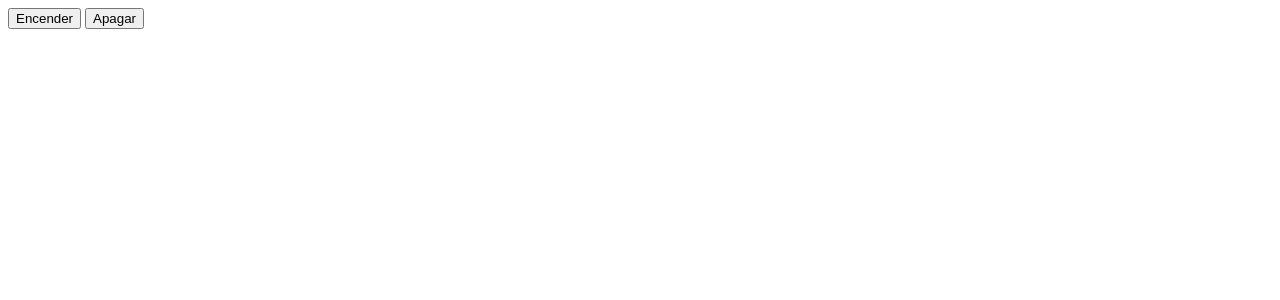
Repository: isacleibe/IoT-FA-TrabajoFinal
Page: pfinal/src/main/webapp/configuracion.html
An editor plug-in stored every save of this project. The page is shown before and after the next save, followed by the edit.
The browser window is 1280 px wide. The pictures show the whole page.

Above is the page before, as saved 2018-11-07 19:13:40.

After the next save:
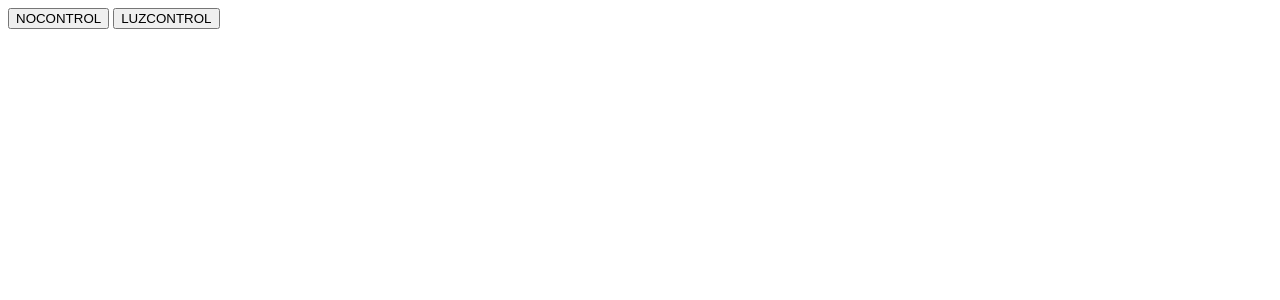
Saved 4 min 18 s later.
--- a/pfinal/src/main/webapp/configuracion.html
+++ b/pfinal/src/main/webapp/configuracion.html
@@ -18,6 +18,6 @@ function httpGetAsync(theUrl, callback)
 }
 </script>
 
-<button type="button" onclick="httpGetAsync('/encender')">Encender</button></body>
-<button type="button" onclick="httpGetAsync('/apagar')">Apagar</button></body>
+<button type="button" onclick="httpGetAsync('/nocontrol')">NOCONTROL</button></body>
+<button type="button" onclick="httpGetAsync('/luzcontrol')">LUZCONTROL</button></body>
 </html>
